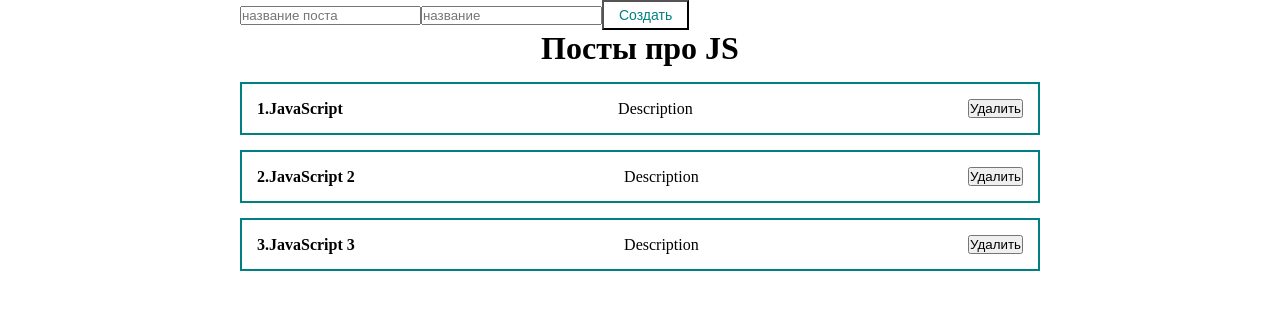
Repository: otvertka/ulb2_react
Page: / (app in jk_project/)
An editor plug-in stored every save of this project. The page is shown before and after the next save, followed by the edit.
The browser window is 1280 px wide. The pictures show the whole page.
The project was rebuilt for these pictures with package versions that can differ from the ones it lists, and the page was loaded fresh each time. Also part of the build but not shown: jk_project/src/component/Counter.jsx, jk_project/src/component/ClassCounter.jsx.

Above is the page before, as saved 2023-09-08 12:24:14.

### jk_project/public/index.html
<!DOCTYPE html>
<html lang="en">
  <head>
    <meta charset="utf-8" />

    <meta name="viewport" content="width=device-width, initial-scale=1" />

    <title>React App</title>
  </head>
  <body>
    <noscript>You need to enable JavaScript to run this app.</noscript>
    <div id="root"></div>
    <!-- Здесь будет приложение JS -->
  </body>
</html>

### jk_project/src/App.js
import React, { useState } from "react";
import Counter from "./component/Counter";
import ClassCounter from "./component/ClassCounter";
import classes from "./styles/App.css";
import PostItem from "./component/PostItem";
import PostList from "./component/PostList";
import MyButton from "./component/UI/button/MyButton";

function App() {
  const [posts, setPosts] = useState([
    { id: 1, title: "JavaScript", body: "Description" },
    { id: 2, title: "JavaScript 2", body: "Description" },
    { id: 3, title: "JavaScript 3", body: "Description" },
  ]);

  return (
    <div className="App">
      <form>
        <input type="text" placeholder="название поста" />
        <input type="text" placeholder="название" />
        <MyButton>Создать пост</MyButton>
      </form>
      <PostList posts={posts} title="Посты про JS" />
    </div>
  );
}

export default App;

### jk_project/src/styles/app.css
* {
  margin: 0;
  padding: 0;
  box-sizing: border-box;
}

#root {
  display: flex;
  justify-content: center;
}

.App {
  width: 800px;
}

.post {
  display: flex;
  padding: 15px;
  border: 2px solid teal;
  margin-top: 15px;
  justify-content: space-between;
  align-items: center;
}

### jk_project/src/component/PostItem.jsx
import React from "react";

const PostItem = (props) => {
  console.log(props);
  return (
    <div>
      <div className="post">
        <div className="post__content">
          <strong>
            {props.post.id}.{props.post.title}
          </strong>
        </div>
        <div>{props.post.body}</div>
        <div className="post__btns">
          <button>Удалить</button>
        </div>
      </div>
    </div>
  );
};

export default PostItem;

### jk_project/src/component/PostList.jsx
import React from "react";
import PostItem from "./PostItem";

const PostList = ({ posts, title }) => {
  return (
    <div>
      <h1 style={{ textAlign: "center" }}>{title}</h1>
      {posts.map((post) => (
        <PostItem post={post} key={post.id} />
      ))}
    </div>
  );
};

export default PostList;

### jk_project/src/component/UI/button/MyButton.jsx
import React from "react";
import classes from "./MyButton.module.css";

const MyButton = (props) => {
  return <button className={classes.myBtn}>Создать</button>;
};

export default MyButton;

### jk_project/src/component/UI/button/MyButton.module.css
.myBtn {
  padding: 5px 15px;
  color: teal;
  font-size: 14px;
  background: transparent;
  border: 1px solod teal;
  cursor: pointer;
}

Loaded but not shown: jk_project/src/index.js (common file)

After the next save:
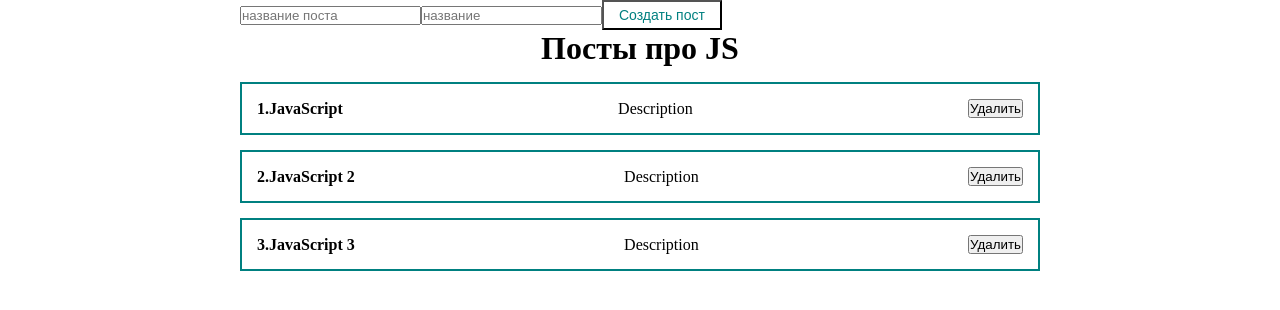
Saved 2 min 19 s later.
--- a/jk_project/src/component/UI/button/MyButton.jsx
+++ b/jk_project/src/component/UI/button/MyButton.jsx
@@ -2,7 +2,7 @@ import React from "react";
 import classes from "./MyButton.module.css";
 
 const MyButton = (props) => {
-  return <button className={classes.myBtn}>Создать</button>;
+  return <button className={classes.myBtn}>{props.children}</button>;
 };
 
 export default MyButton;
